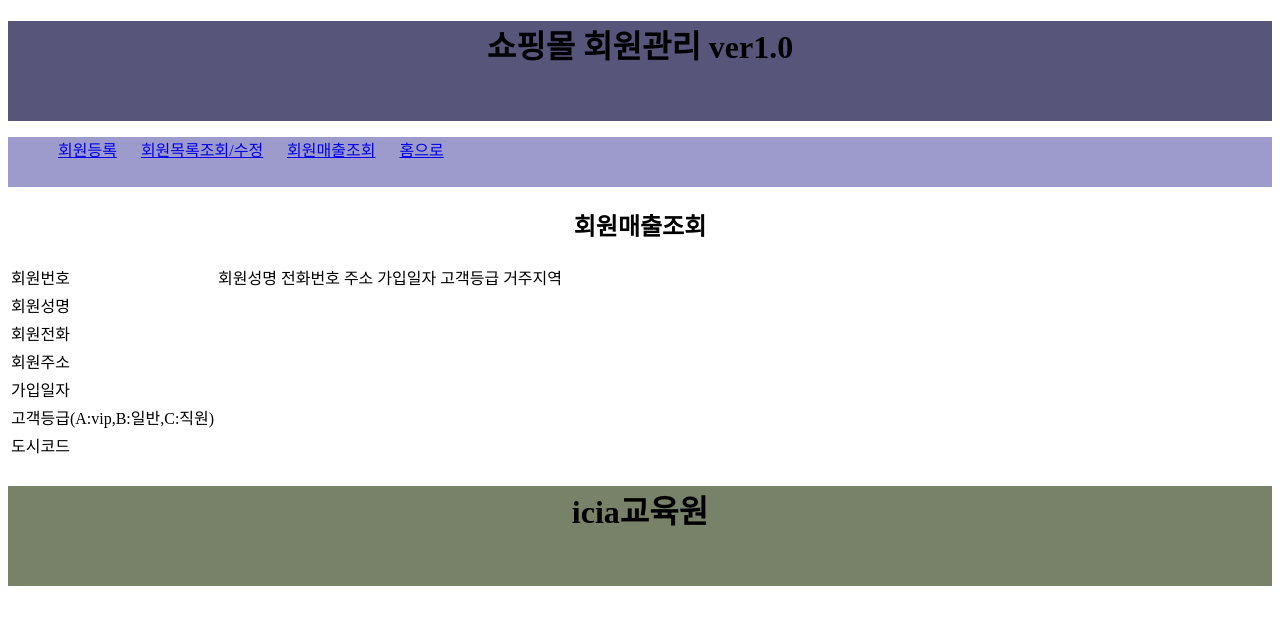
Repository: Kim-seongjun/javastudy2
Page: http://localhost/back_end_test/membersales
These files come from the project's save history. The page is drawn as it stood at one moment and after the next save; the edit follows.
The browser window is 1280 px wide. The pictures show the whole page.
The page is served by Tomcat 9. Other server files are loaded and not shown.

Above is the page before, as saved 2020-01-22 06:01:26.

### back_end_test/WebContent/membersales.jsp
<%@ page language="java" contentType="text/html; charset=UTF-8"
    pageEncoding="UTF-8"%>
<!DOCTYPE html>
<html>
<head>
<meta charset="UTF-8">
<title>Insert title here</title>
<style>
#header {
	background-color: #58557A;
	text-align: center;
	height: 100px;
}
#nav {
	background-color: #9D9BCC;
	height: 50px;
}
#footer {
	text-align: center;
	background-color: #778268;
	height: 100px;
}
</style>
</head>
<body>

<header>
		<div id="header">
			<jsp:include page="header.jsp" />
		</div>
	</header>
	<nav>
		<div id="nav">
			<jsp:include page="nav.jsp" />
		</div>
	</nav>
	<section>
		<div>
			<h1 style="text-align: center;">회원매출조회</h1>
		</div>
		<div id="div_join">
			<form action="#">
				<table>
					<tr>
						<td>회원번호</td>
						<td>회원성명</td>
						<td>전화번호</td>
						<td>주소</td>
						<td>가입일자</td>
						<td>고객등급</td>
						<td>거주지역</td>
					</tr>
					<tr>
						<td>회원성명</td>
					</tr>
					<tr>
						<td>회원전화</td>
						<td></td>
					</tr>
					<tr>
						<td>회원주소</td>
					</tr>
					<tr>
						<td>가입일자</td>
					</tr>
					<tr>
						<td>고객등급(A:vip,B:일반,C:직원)</td>
					</tr>
					<tr>
						<td>도시코드</td>
					</tr>
					<tr>
						<td ></td>
					</tr>
				</table>
			</form>
		</div>
	</section>
	<footer>
		<div id="footer">
			<jsp:include page="footer.jsp" />
		</div>
	</footer>
</body>
</html>

### back_end_test/WebContent/header.jsp
<%@ page language="java" contentType="text/html; charset=UTF-8"
	pageEncoding="UTF-8"%>
<!DOCTYPE html>
<html>
<head>
<meta charset="UTF-8">
<title>Insert title here</title>
<style>
</style>
</head>
<body>
<h1>쇼핑몰 회원관리 ver1.0</h1>
</body>
</html>

### back_end_test/WebContent/nav.jsp
<%@ page language="java" contentType="text/html; charset=UTF-8"
    pageEncoding="UTF-8"%>
<!DOCTYPE html>
<html>
<head>
<meta charset="UTF-8">
<title>Insert title here</title>

</head>
<style>
ul li {
	list-style-type: none;
	display: inline;
	margin: 0px 10px;
}
</style>
<body>
   <div id="div_nav">
      <ul id="list">
         <li><a href="Joinfrm">회원등록</a></li>
         <li><a href="memberlist">회원목록조회/수정</a></li>
         <li><a href="membersales">회원매출조회</a></li>
         <li><a href="index">홈으로</a></li>
      </ul>
   </div>
</body>
</html>

### back_end_test/WebContent/footer.jsp
<%@ page language="java" contentType="text/html; charset=UTF-8"
	pageEncoding="UTF-8"%>
<!DOCTYPE html>
<html>
<head>
<meta charset="UTF-8">
<title>Insert title here</title>
</head>
<body>
	<h1>icia교육원</h1>
</body>
</html>

### back_end_test/src/com/icia/open/Controller/Home.java
package com.icia.open.Controller;

import java.io.IOException;

import javax.servlet.RequestDispatcher;
import javax.servlet.ServletException;
import javax.servlet.annotation.WebServlet;
import javax.servlet.http.HttpServlet;
import javax.servlet.http.HttpServletRequest;
import javax.servlet.http.HttpServletResponse;

import com.icia.open.Bean.Forward;
import com.icia.open.DAO.MemberDao;
import com.icia.open.service.MemberMM;

/**
 * Servlet implementation class Home
 */

@WebServlet({ "/Joinfrm","/memberlist","/membersales","/index" })

public class Home extends HttpServlet {
	private static final long serialVersionUID = 1L;

	protected void doProcess(HttpServletRequest request, HttpServletResponse response)
			throws ServletException, IOException {
		request.setCharacterEncoding("utf-8");
		String cmd = request.getServletPath();
		System.out.println("cmd = " + cmd);
		Forward fw = new Forward();
		MemberMM mm = new MemberMM(request, response);
		MemberDao md = new MemberDao();

		switch (cmd) {
		case "/Joinfrm":
			fw = mm.Joinfrm();
			break;
		case "/index":
			fw = mm.index();
			break;
		case "/memberlist":
			fw = mm.memberlist();
			break;
		case "/membersales":
			fw = mm.membersales();
			break;
		}
		if(fw!=null) {
	         if(fw.isRedirect()) {
	            response.sendRedirect(fw.getPath());
	         }
	         else {
	            RequestDispatcher dis=request.getRequestDispatcher(fw.getPath());
	            dis.forward(request, response);
	         }
	      }
	}

	protected void doGet(HttpServletRequest request, HttpServletResponse response)
			throws ServletException, IOException {
		doProcess(request, response);
	}

	protected void doPost(HttpServletRequest request, HttpServletResponse response)
			throws ServletException, IOException {
		doProcess(request, response);
	}

}

### back_end_test/src/com/icia/open/Bean/Forward.java
package com.icia.open.Bean;

public class Forward {
	private String path;
	private boolean isRedirect;

	public String getPath() {
		return path;
	}

	public void setPath(String path) {
		this.path = path;
	}

	public boolean isRedirect() {
		return isRedirect;
	}

	public void setRedirect(boolean isRedirect) {
		this.isRedirect = isRedirect;
	}
}

### back_end_test/src/com/icia/open/service/MemberMM.java
package com.icia.open.service;

import javax.servlet.http.HttpServletRequest;
import javax.servlet.http.HttpServletResponse;

import com.google.gson.Gson;
import com.icia.open.Bean.Forward;
import com.icia.open.Bean.Member;
import com.icia.open.DAO.MemberDao;

public class MemberMM {
	HttpServletRequest request;
	HttpServletResponse response;

	public MemberMM(HttpServletRequest request, HttpServletResponse response) {
		// TODO Auto-generated constructor stub
	}

	public Forward index() {
		Forward fw = new Forward();
		fw.setPath("index.jsp");
		fw.setRedirect(false);
		return fw;

	}

	public Forward Joinfrm() {
		Forward fw = new Forward();
		MemberDao mDao = new MemberDao();
		Member mb = mDao.joinfrm();
		System.out.println("가져온다"+mb.getCustno());

		request.setAttribute("custno", mb.getCustno());

		fw.setPath("Joinfrm.jsp");
		fw.setRedirect(false);
		return fw;
	}

	public Forward memberlist() {
		Forward fw = new Forward();
		MemberDao mDao = new MemberDao();
		fw.setPath("memberlist.jsp");
		fw.setRedirect(false);
		return fw;
	}

	public Forward membersales() {
		Forward fw = new Forward();
		MemberDao mDao = new MemberDao();
		fw.setPath("membersales.jsp");
		fw.setRedirect(false);
		return fw;
	}

}

### back_end_test/src/com/icia/open/DAO/MemberDao.java
package com.icia.open.DAO;

import java.sql.Connection;
import java.sql.PreparedStatement;
import java.sql.ResultSet;
import java.sql.SQLException;

import com.icia.open.Bean.Member;

public class MemberDao {
	Connection con;
	PreparedStatement pstmt;
	ResultSet rs;

	public MemberDao() {
		con = JdbcUtil.getConnection();
	}

	public void close() {
		JdbcUtil.close(rs, pstmt, con);
	}

	public Member joinfrm() {
		String sql = "SELECT ROWNUM,CUSTNO FROM MEMBER WHERE ROWNUM=1 ORDER BY custno DESC";
		try {
			pstmt=con.prepareStatement(sql);
			rs=pstmt.executeQuery();
			Member mb = new Member();
			if(rs.next()) {
				mb.setCustno(rs.getInt("custno")+1);
				System.out.println("custno = "+rs.getInt("custno"));
			}
			return mb;

		} catch (SQLException e) {
			System.out.println("조인 예외");
			e.printStackTrace();
		}
		return null;
	}
}

### back_end_test/src/com/icia/open/DAO/JdbcUtil.java
package com.icia.open.DAO;
import java.sql.Connection;
import java.sql.DriverManager;
import java.sql.PreparedStatement;
import java.sql.ResultSet;
import java.sql.SQLException;

//디비접속, 디비종료, TX(commit, rollback....)
public class JdbcUtil {

	static { // 초기화 1번만
		try {
			Class.forName("oracle.jdbc.driver.OracleDriver");
		} catch (ClassNotFoundException cne) {
			System.out.println("드라이버 로딩 실패");
			cne.printStackTrace();
		}
	} // static End

	public static Connection getConnection() { //db접속
		Connection con=null;
		try {
			con = DriverManager.getConnection("jdbc:oracle:thin:@localhost:1521:xe", "ICIA2", "1111");
			System.out.println("DB접속 성공");
			//con.setAutoCommit(false);  //트랜잭션 처리시 수동 커밋
		} catch (SQLException e) {
			System.out.println("DB접속 실패");
			e.printStackTrace();
		}
		return con;
	}//getConnection() End

	public static void close(ResultSet rs, PreparedStatement pstmt, Connection con) {
		try {
			if (rs != null)
				rs.close();
			if (pstmt != null)
				pstmt.close();
			if (con != null)
				con.close();

		} catch (SQLException e) {
			System.out.println("close 에러");
			e.printStackTrace();
		}
		System.out.println("close Ok");
	} //close() End

	public static void commit(Connection con) {
		try {
		con.commit();
	} catch (Exception e) {
		e.printStackTrace();
	}

	}  // commit() End



	public static void rollback(Connection con) {
		try {
			con.rollback();
		} catch (Exception e) {
		}

	}//rollback() End




}//class End

After the next save:
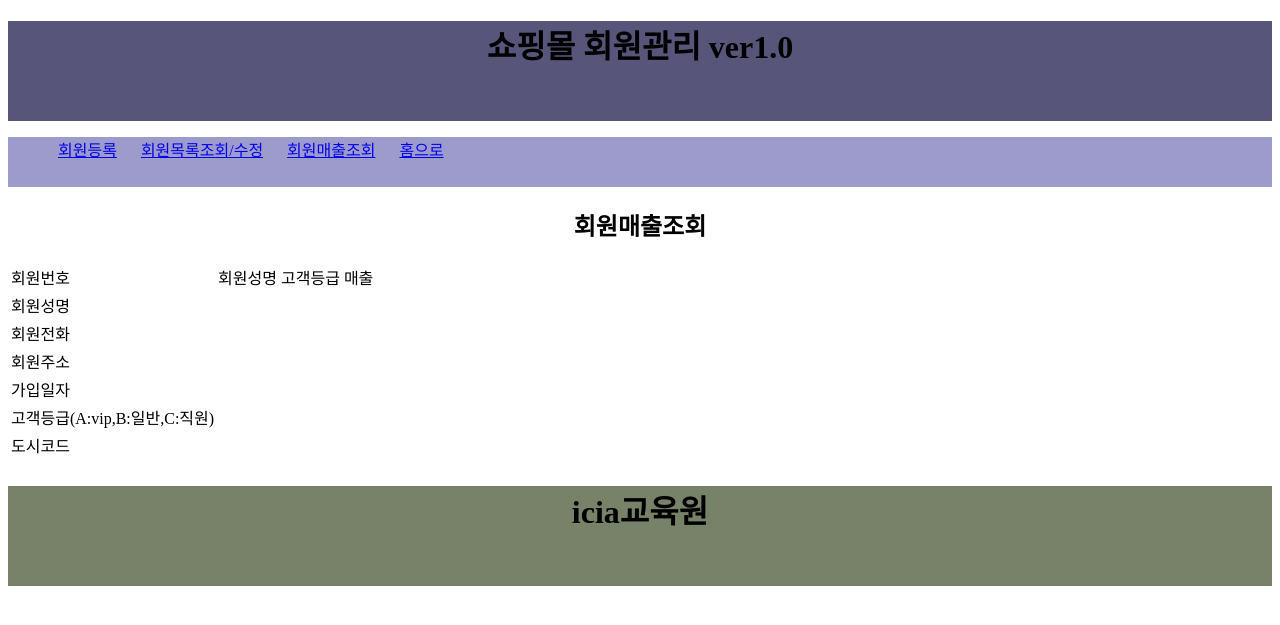
Saved 12 s later.
--- a/back_end_test/WebContent/membersales.jsp
+++ b/back_end_test/WebContent/membersales.jsp
@@ -44,11 +44,8 @@
 					<tr>
 						<td>회원번호</td>
 						<td>회원성명</td>
-						<td>전화번호</td>
-						<td>주소</td>
-						<td>가입일자</td>
 						<td>고객등급</td>
-						<td>거주지역</td>
+						<td>매출</td>
 					</tr>
 					<tr>
 						<td>회원성명</td>
